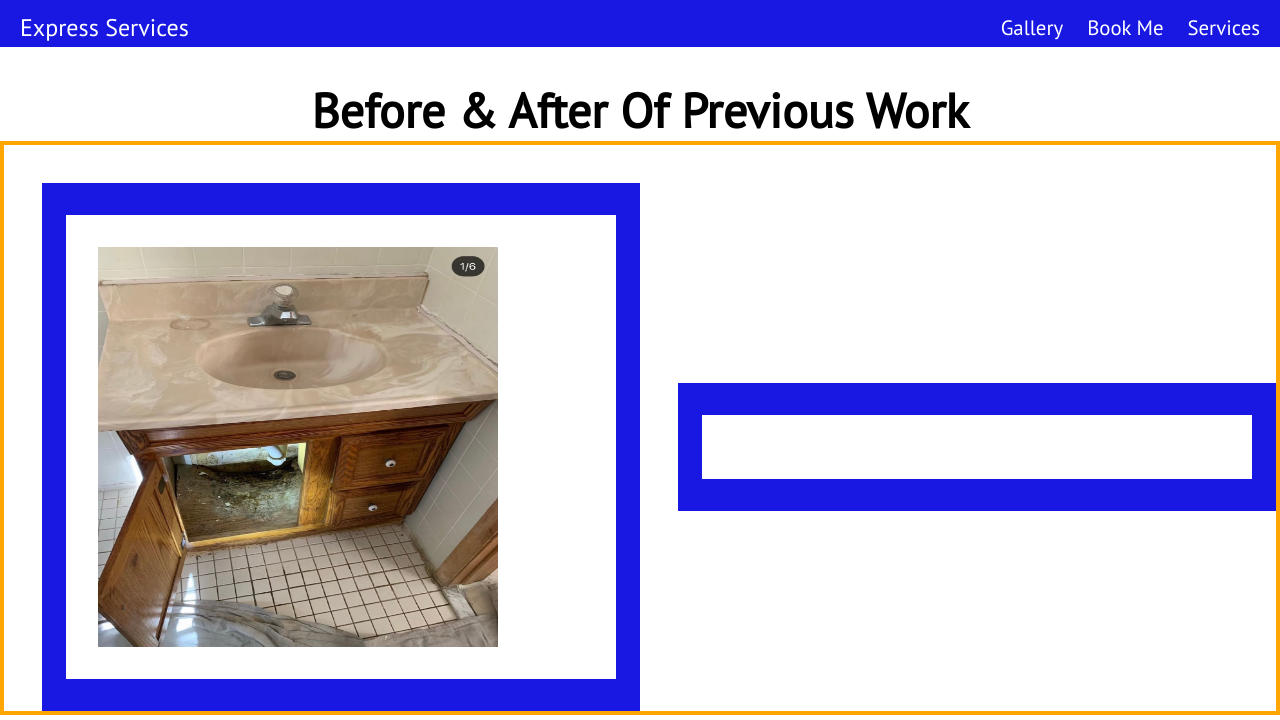
Repository: DrummerDee/mir-miami
Page: /Gallery (app in mr-miami/)
These files come from the project's save history. The page is drawn as it stood at one moment and after the next save; the edit follows.
The browser window is 1280 px wide. The pictures show the whole page.
The project was rebuilt for these pictures with package versions that can differ from the ones it lists, and the page was loaded fresh each time. Also part of the build but not shown: mr-miami/src/Styles/Services.css, mr-miami/src/Components/Services.js, mr-miami/src/Components/Homepage.js, mr-miami/src/Styles/Calendar.css, mr-miami/src/Styles/Times.css, mr-miami/src/Components/Times.js, mr-miami/src/Components/Time.js, mr-miami/src/Components/BookMe.js.

Above is the page before, as saved 2022-09-08 22:16:54.

After the next save:
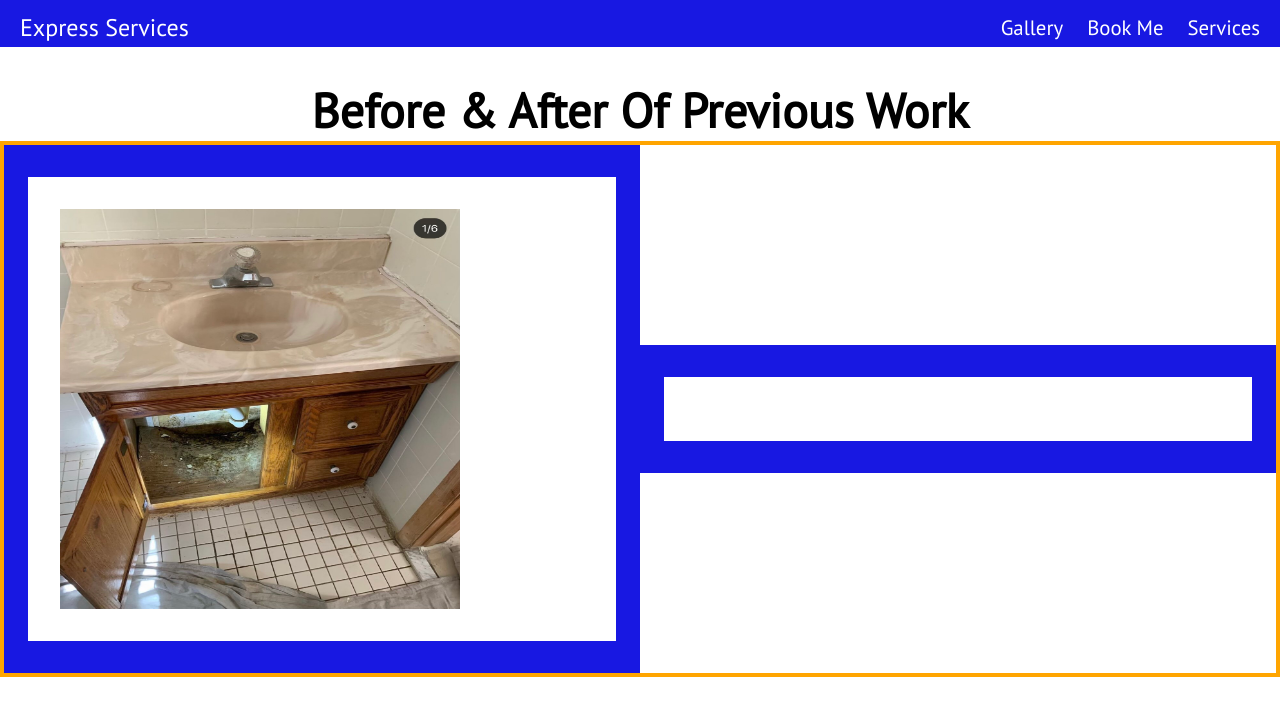
Saved 11 s later.
--- a/mr-miami/src/Styles/App.css
+++ b/mr-miami/src/Styles/App.css
@@ -32,7 +32,6 @@
 }
 
 .frame {
-  margin: 3% 0 0 3%;
   width: 100%;
   height: 100%;
   background: rgb(24, 24, 226);
